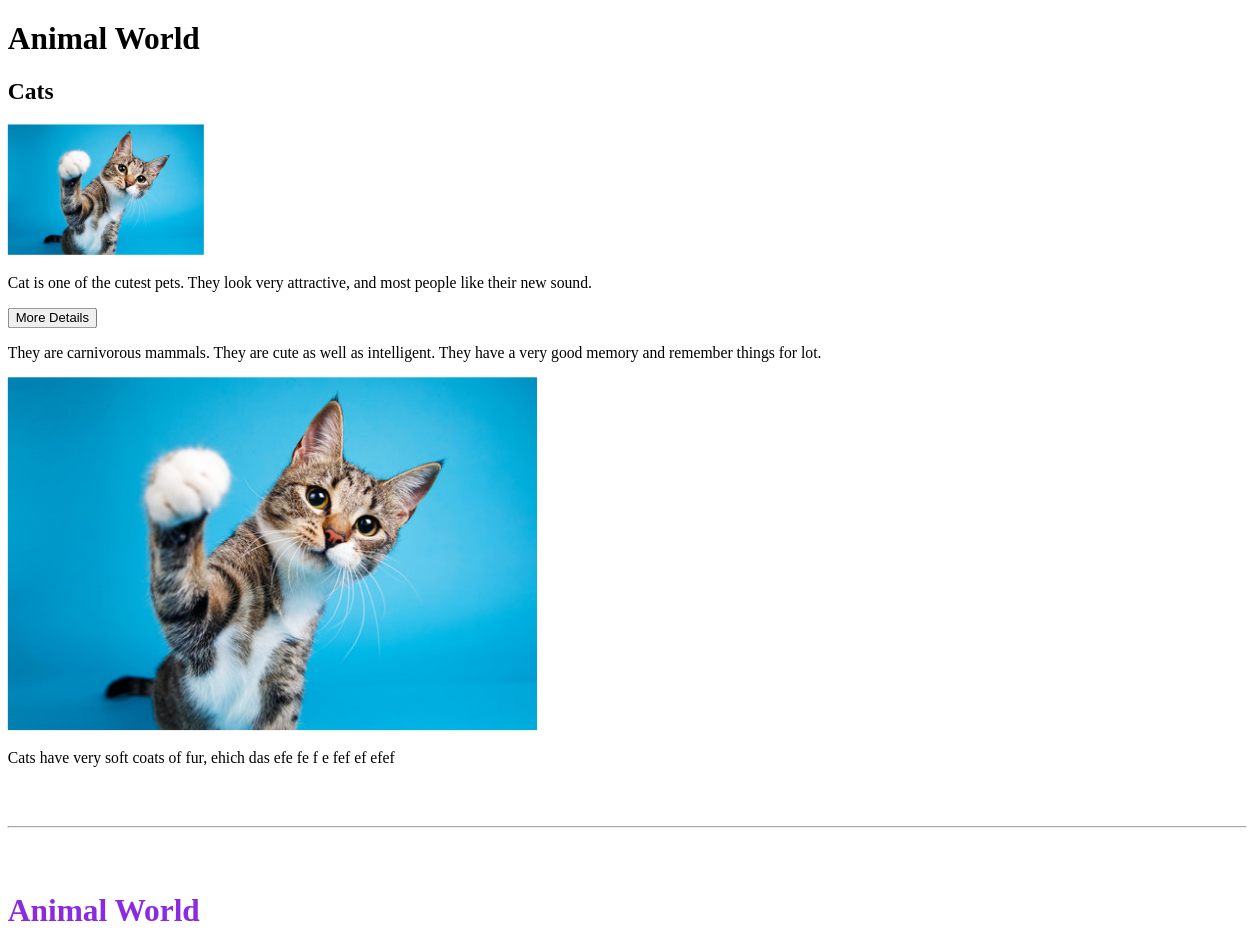
Repository: DhananjayaLakshan/Uom-Web_Design_For_Beginners
Page: Ajax/index.html
An editor plug-in stored every save of this project. The page is shown before and after the next save, followed by the edit.
The browser window is 1280 px wide. The pictures show the whole page, at 98% of full size.

Above is the page before, as saved 2023-12-02 23:07:33.

After the next save:
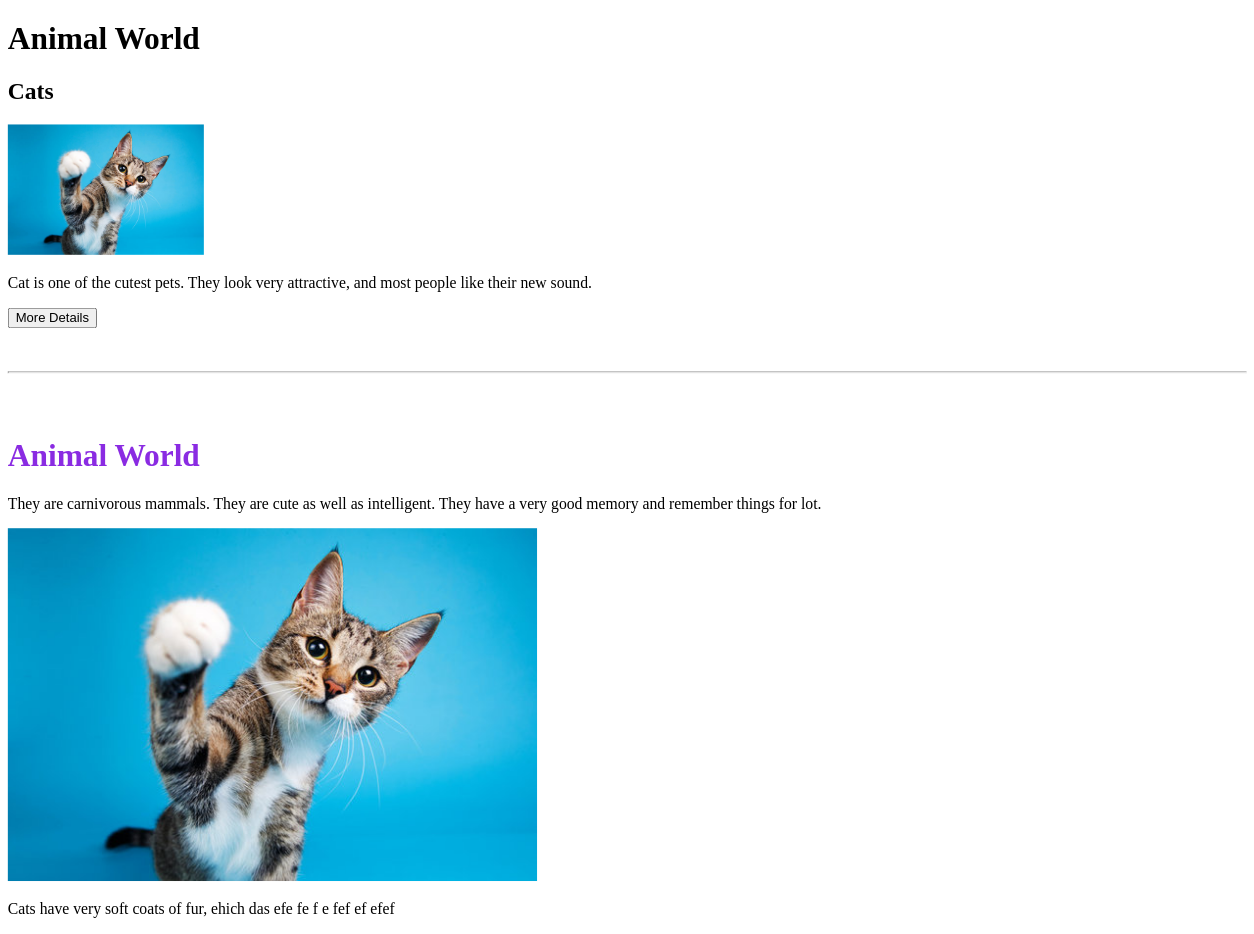
Saved 19 s later.
--- a/Ajax/index.html
+++ b/Ajax/index.html
@@ -19,7 +19,7 @@
 
     <div id="div1"> </div>
 
-    <!-- <script>
+    <script>
         $(document).ready(function(){
             $('#button1').click(function(){
                 $.ajax('moreinfo.html', {
@@ -30,18 +30,18 @@
                 });
             });
         });
-    </script> -->
+    </script>
 
     <br><br>
     <hr>
     <br><br>
 
     <h1 style="color: blueviolet;">Animal World</h1>
-    <div id="div1"></div>
+    <div id="div2"></div>
 
     <script>
         $(document).ready(function(){
-            $('#div1').load('moreinfo.html');
+            $('#div2').load('moreinfo.html');
         });
     </script>
 
